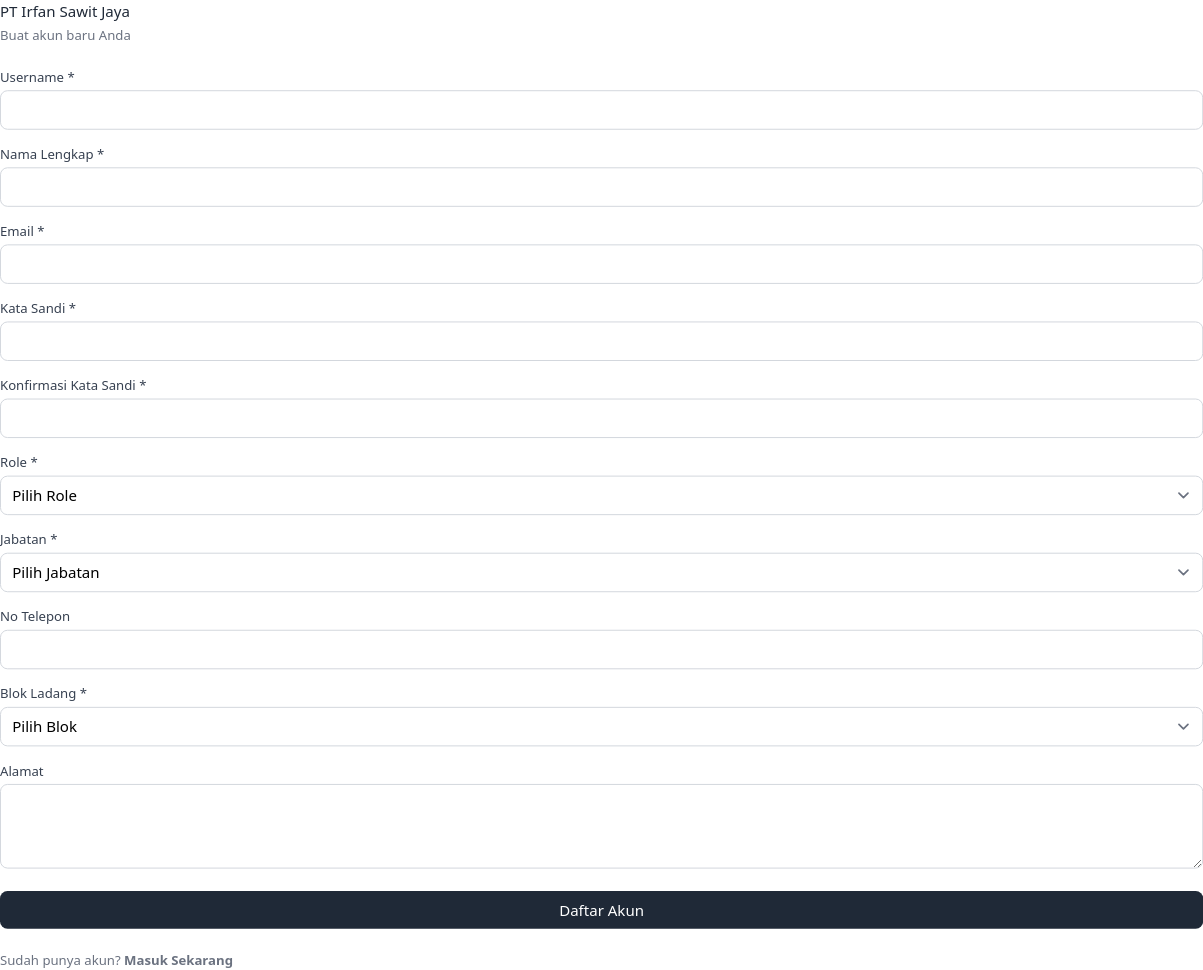
Repository: PalmtrackTeam/palmtrack
Page: http://localhost/register
These files come from the project's save history. The page is drawn as it stood at one moment and after a run of saves; the edit follows.
The browser window is 1280 px wide. The pictures show the whole page, at 94% of full size.
The page is served by the project's Laravel application, run on PHP 8.4 with Laravel 12. Other server files are loaded and not shown. The database holds what the project's SQL file puts in it.

Above is the page before, as saved 2025-11-25 17:12:55.

### routes/web.php
<?php

use App\Http\Controllers\Auth\AuthenticatedSessionController;
use App\Http\Controllers\Auth\RegisterController;
use App\Http\Controllers\DashboardController;
use App\Http\Controllers\Owner\DashboardController as OwnerDashboardController;
use App\Http\Controllers\Admin\DashboardController as AdminDashboardController;
use App\Http\Controllers\Karyawan\DashboardController as KaryawanDashboardController;
use App\Http\Controllers\Karyawan\InputPanenController;
use App\Http\Controllers\Karyawan\AbsensiController;
use Illuminate\Support\Facades\Route;

// ==================== PUBLIC ROUTES ====================
Route::get('/', function () {
    return view('home');
})->name('home');

Route::get('/home', function () {
    return view('home');
})->name('home.page');

// ==================== AUTH ROUTES ====================
Route::get('/register', [RegisterController::class, 'showRegistrationForm'])->name('register');
Route::post('/register', [RegisterController::class, 'register']);

Route::get('login', [AuthenticatedSessionController::class, 'create'])->name('login');
Route::post('login', [AuthenticatedSessionController::class, 'store']);
Route::post('logout', [AuthenticatedSessionController::class, 'destroy'])->name('logout');

// ==================== PROTECTED ROUTES ====================
Route::middleware(['auth'])->group(function () {

    // Main Dashboard (redirect berdasarkan role)
    Route::get('/dashboard', [DashboardController::class, 'index'])->name('dashboard');

    // ===== OWNER ROUTES =====
    Route::middleware(['owner'])->prefix('owner')->name('owner.')->group(function () {
        // Dashboard
        Route::get('/dashboard', [OwnerDashboardController::class, 'index'])->name('dashboard');
        Route::get('/dashboard/stats', [OwnerDashboardController::class, 'getDashboardStats'])->name('dashboard.stats');

        // Laporan Keuangan
        Route::get('/laporan-keuangan', [OwnerDashboardController::class, 'laporanKeuangan'])->name('laporan-keuangan');

        // Manajemen User
        Route::get('/manajemen-user', [OwnerDashboardController::class, 'manajemenUser'])->name('manajemen-user');
        Route::post('/users', [OwnerDashboardController::class, 'storeUser'])->name('users.store');
        Route::get('/users/{id}', [OwnerDashboardController::class, 'getUser'])->name('users.show');
        Route::put('/users/{id}', [OwnerDashboardController::class, 'updateUser'])->name('users.update');
        Route::post('/users/{id}/status', [OwnerDashboardController::class, 'updateUserStatus'])->name('users.update-status');
        Route::post('/users/{id}/reset-password', [OwnerDashboardController::class, 'resetPassword'])->name('users.reset-password');
        Route::get('/users/export', [OwnerDashboardController::class, 'exportUsers'])->name('users.export');

        // Rekap Produktivitas
        Route::get('/rekap-produktivitas', [OwnerDashboardController::class, 'rekapProduktivitas'])->name('rekap-produktivitas');

        // Laporan Masalah
        Route::get('/laporan-masalah', [OwnerDashboardController::class, 'laporanMasalah'])->name('laporan-masalah');
        Route::post('/laporan-masalah/{id}/solve', [OwnerDashboardController::class, 'markProblemAsSolved'])->name('laporan-masalah.solve');
    });

     Route::get('/verifikasi-pemasukan', [OwnerDashboardController::class, 'verifikasiPemasukan'])->name('verifikasi-pemasukan');
    Route::post('/pemasukan/{id}/verify', [OwnerDashboardController::class, 'verifyPemasukan'])->name('pemasukan.verify');
    Route::get('/laporan-pemasukan', [OwnerDashboardController::class, 'laporanPemasukan'])->name('laporan-pemasukan');

    // Verifikasi Pengeluaran (existing)
    Route::get('/verifikasi-pengeluaran', [OwnerDashboardController::class, 'verifikasiPengeluaran'])->name('verifikasi-pengeluaran');
    Route::post('/pengeluaran/{id}/verify', [OwnerDashboardController::class, 'verifyPengeluaran'])->name('pengeluaran.verify');
    Route::get('/laporan-pengeluaran', [OwnerDashboardController::class, 'laporanPengeluaran'])->name('laporan-pengeluaran');

    // Verifikasi Laporan Masalah
    Route::get('/verifikasi-laporan-masalah', [OwnerDashboardController::class, 'verifikasiLaporanMasalah'])->name('verifikasi-laporan-masalah');
    Route::post('/laporan-masalah/{id}/verify', [OwnerDashboardController::class, 'verifyLaporanMasalah'])->name('laporan-masalah.verify');



    // ===== ADMIN ROUTES =====
    Route::middleware(['admin'])->prefix('admin')->name('admin.')->group(function () {
        // Dashboard
        Route::get('/dashboard', [AdminDashboardController::class, 'index'])->name('dashboard');
        Route::get('/dashboard-stats', [AdminDashboardController::class, 'getDashboardStats'])->name('dashboard-stats');

        // Verifikasi Panen
        Route::get('/verifikasi-panen', [AdminDashboardController::class, 'verifikasiPanen'])->name('verifikasi-panen');
        Route::post('/verifikasi-panen/{id}', [AdminDashboardController::class, 'prosesVerifikasiPanen'])->name('proses-verifikasi-panen');

        // Kelola Absensi
        Route::get('/kelola-absensi', [AdminDashboardController::class, 'kelolaAbsensi'])->name('kelola-absensi');
        Route::post('/input-absensi', [AdminDashboardController::class, 'inputAbsensi'])->name('input-absensi');

        // Laporan Masalah
        Route::get('/laporan-masalah', [AdminDashboardController::class, 'laporanMasalah'])->name('laporan-masalah');
        Route::post('/laporan-masalah/{id}/teruskan-owner', [AdminDashboardController::class, 'teruskanKeOwner'])->name('teruskan-owner');
        Route::post('/laporan-masalah/{id}/tangani', [AdminDashboardController::class, 'tanganiMasalah'])->name('tangani-masalah');

        // Rekap Produktivitas
        Route::get('/rekap-produktivitas', [AdminDashboardController::class, 'rekapProduktivitas'])->name('rekap-produktivitas');

          // Input Pemasukan
    Route::get('/input-pemasukan', [AdminDashboardController::class, 'inputPemasukan'])->name('input-pemasukan');
    Route::post('/pemasukan', [AdminDashboardController::class, 'storePemasukan'])->name('pemasukan.store');
    Route::get('/riwayat-pemasukan', [AdminDashboardController::class, 'riwayatPemasukan'])->name('riwayat-pemasukan');

    // Input Pengeluaran (existing)
    Route::get('/input-pengeluaran', [AdminDashboardController::class, 'inputPengeluaran'])->name('input-pengeluaran');
    Route::post('/pengeluaran/pupuk', [AdminDashboardController::class, 'storePupuk'])->name('pengeluaran.pupuk');
    Route::post('/pengeluaran/transportasi', [AdminDashboardController::class, 'storeTransportasi'])->name('pengeluaran.transportasi');
    Route::post('/pengeluaran/perawatan', [AdminDashboardController::class, 'storePerawatan'])->name('pengeluaran.perawatan');
    Route::post('/pengeluaran/lainnya', [AdminDashboardController::class, 'storeLainnya'])->name('pengeluaran.lainnya');
    Route::get('/riwayat-pengeluaran', [AdminDashboardController::class, 'riwayatPengeluaran'])->name('riwayat-pengeluaran');

    // Laporan Masalah
    Route::get('/input-laporan-masalah', [AdminDashboardController::class, 'inputLaporanMasalah'])->name('input-laporan-masalah');
    Route::post('/laporan-masalah', [AdminDashboardController::class, 'storeLaporanMasalah'])->name('laporan-masalah.store');
    Route::get('/riwayat-laporan-masalah', [AdminDashboardController::class, 'riwayatLaporanMasalah'])->name('riwayat-laporan-masalah');

    // Input Pengeluaran
    Route::get('/input-pengeluaran', [AdminDashboardController::class, 'inputPengeluaran'])->name('input-pengeluaran');
    Route::post('/pengeluaran/pupuk', [AdminDashboardController::class, 'storePupuk'])->name('pengeluaran.pupuk');
    Route::post('/pengeluaran/transportasi', [AdminDashboardController::class, 'storeTransportasi'])->name('pengeluaran.transportasi');
    Route::post('/pengeluaran/perawatan', [AdminDashboardController::class, 'storePerawatan'])->name('pengeluaran.perawatan');
    Route::post('/pengeluaran/lainnya', [AdminDashboardController::class, 'storeLainnya'])->name('pengeluaran.lainnya');
    Route::get('/riwayat-pengeluaran', [AdminDashboardController::class, 'riwayatPengeluaran'])->name('riwayat-pengeluaran');

    // Input Pemasukan
    Route::get('/input-pemasukan', [AdminDashboardController::class, 'inputPemasukan'])->name('input-pemasukan');
    Route::post('/pemasukan', [AdminDashboardController::class, 'storePemasukan'])->name('pemasukan.store');
    Route::get('/riwayat-pemasukan', [AdminDashboardController::class, 'riwayatPemasukan'])->name('riwayat-pemasukan');

    // Laporan Masalah
    Route::get('/input-laporan-masalah', [AdminDashboardController::class, 'inputLaporanMasalah'])->name('input-laporan-masalah');
    Route::post('/laporan-masalah', [AdminDashboardController::class, 'storeLaporanMasalah'])->name('laporan-masalah.store');
    Route::get('/riwayat-laporan-masalah', [AdminDashboardController::class, 'riwayatLaporanMasalah'])->name('riwayat-laporan-masalah');
});


    });

    // ===== KARYAWAN ROUTES =====
    Route::middleware(['karyawan'])->prefix('karyawan')->name('karyawan.')->group(function () {
        // Dashboard Karyawan
        Route::get('/dashboard', [KaryawanDashboardController::class, 'index'])->name('dashboard');

        // ========== INPUT PANEN ==========
        Route::get('/input-panen', [InputPanenController::class, 'create'])->name('input-panen');
        Route::post('/input-panen', [InputPanenController::class, 'store'])->name('store-panen');
        Route::get('/riwayat-panen', [InputPanenController::class, 'riwayat'])->name('riwayat-panen');

        // ========== ABSENSI ==========
        Route::get('/absensi', [KaryawanDashboardController::class, 'absensi'])->name('absensi');
        Route::post('/absensi', [AbsensiController::class, 'store'])->name('store-absensi');
        Route::get('/riwayat-absensi', [AbsensiController::class, 'riwayat'])->name('riwayat-absensi');

        // Profil Karyawan
        Route::get('/profile', function () {
            return view('karyawan.profile');
        })->name('profile');

         // Input Pemasukan
    Route::get('/input-pemasukan', [KaryawanDashboardController::class, 'inputPemasukan'])->name('input-pemasukan');
    Route::post('/pemasukan', [KaryawanDashboardController::class, 'storePemasukan'])->name('pemasukan.store');
    Route::get('/riwayat-pemasukan', [KaryawanDashboardController::class, 'riwayatPemasukan'])->name('riwayat-pemasukan');

    // Laporan Masalah
    Route::get('/input-laporan-masalah', [KaryawanDashboardController::class, 'inputLaporanMasalah'])->name('input-laporan-masalah');
    Route::post('/laporan-masalah', [KaryawanDashboardController::class, 'storeLaporanMasalah'])->name('laporan-masalah.store');
    Route::get('/riwayat-laporan-masalah', [KaryawanDashboardController::class, 'riwayatLaporanMasalah'])->name('riwayat-laporan-masalah');

    });


require __DIR__.'/auth.php';

### resources/views/auth/register.blade.php
<!DOCTYPE html>
<html lang="id">
<head>
    <meta charset="UTF-8">
    <meta name="viewport" content="width=device-width, initial-scale=1.0">
    <title>Daftar Akun | PT Irfan Sawit Jaya</title>
    @vite('resources/css/app.css')
</head>

<body class="min-h-screen flex items-center justify-center bg-gradient-to-b from-gray-100 to-gray-300 dark:from-gray-900 dark:to-gray-800">

<div class="bg-white dark:bg-gray-900 shadow-2xl rounded-2xl px-10 py-8 w-full max-w-2xl">

    <div class="text-center mb-6">
        <h1 class="text-2xl font-bold text-gray-800 dark:text-white tracking-wide">
            PT Irfan Sawit Jaya
        </h1>
        <p class="text-sm text-gray-500 dark:text-gray-400 mt-1">Buat akun baru Anda</p>
    </div>

    <!-- Success Message -->
    @if (session('success'))
        <div class="mb-4 p-3 bg-green-100 border border-green-400 text-green-700 rounded-lg text-sm">
            {{ session('success') }}
        </div>
    @endif

    <!-- Error Messages -->
    @if ($errors->any())
        <div class="mb-4 p-3 bg-red-100 border border-red-400 text-red-700 rounded-lg text-sm">
            <ul class="list-disc list-inside">
                @foreach ($errors->all() as $error)
                    <li>{{ $error }}</li>
                @endforeach
            </ul>
        </div>
    @endif

    <form method="POST" action="{{ route('register') }}">
        @csrf

        <div class="grid grid-cols-1 md:grid-cols-2 gap-4">

            <!-- Username -->
            <div class="mb-4">
                <label class="block text-sm font-medium text-gray-700 dark:text-gray-300">Username *</label>
                <input name="username" type="text" value="{{ old('username') }}" required
                       class="mt-1 block w-full rounded-lg border-gray-300 dark:border-gray-700 dark:bg-gray-800
                       dark:text-white px-3 py-2">
            </div>

            <!-- Nama Lengkap -->
            <div class="mb-4">
                <label class="block text-sm font-medium text-gray-700 dark:text-gray-300">Nama Lengkap *</label>
                <input name="nama_lengkap" type="text" value="{{ old('nama_lengkap') }}" required
                       class="mt-1 block w-full rounded-lg border-gray-300 dark:border-gray-700 dark:bg-gray-800
                       dark:text-white px-3 py-2">
            </div>

            <!-- Email -->
            <div class="mb-4">
                <label class="block text-sm font-medium text-gray-700 dark:text-gray-300">Email *</label>
                <input name="email" type="email" value="{{ old('email') }}" required
                       class="mt-1 block w-full rounded-lg border-gray-300 dark:border-gray-700 dark:bg-gray-800
                       dark:text-white px-3 py-2">
            </div>

            <!-- Password -->
            <div class="mb-4">
                <label class="block text-sm font-medium text-gray-700 dark:text-gray-300">Kata Sandi *</label>
                <input name="password" type="password" required
                       class="mt-1 block w-full rounded-lg border-gray-300 dark:border-gray-700 dark:bg-gray-800
                       dark:text-white px-3 py-2">
            </div>

            <!-- Konfirmasi Password -->
            <div class="mb-4">
                <label class="block text-sm font-medium text-gray-700 dark:text-gray-300">Konfirmasi Kata Sandi *</label>
                <input name="password_confirmation" type="password" required
                       class="mt-1 block w-full rounded-lg border-gray-300 dark:border-gray-700 dark:bg-gray-800
                       dark:text-white px-3 py-2">
            </div>

            <!-- Role (Owner/Admin/Karyawan) -->
            <div class="mb-4">
                <label class="block text-sm font-medium text-gray-700 dark:text-gray-300">Role *</label>
                <select name="role" required
                        class="mt-1 block w-full rounded-lg border-gray-300 dark:border-gray-700 dark:bg-gray-800 dark:text-white px-3 py-2">
                    <option value="">Pilih Role</option>
                    <option value="owner" {{ old('role') == 'owner' ? 'selected' : '' }}>Owner</option>
                    <option value="admin" {{ old('role') == 'admin' ? 'selected' : '' }}>Admin</option>
                    <option value="karyawan" {{ old('role') == 'karyawan' ? 'selected' : '' }}>Karyawan</option>
                </select>
            </div>

            <!-- Jabatan -->
            <div class="mb-4">
                <label class="block text-sm font-medium text-gray-700 dark:text-gray-300">Jabatan *</label>
                <select name="jabatan" required
                        class="mt-1 block w-full rounded-lg border-gray-300 dark:border-gray-700 dark:bg-gray-800 dark:text-white px-3 py-2">
                    <option value="">Pilih Jabatan</option>
                    <option value="mandor" {{ old('jabatan') == 'mandor' ? 'selected' : '' }}>Mandor</option>
                    <option value="asisten_mandor" {{ old('jabatan') == 'asisten_mandor' ? 'selected' : '' }}>Asisten Mandor</option>
                    <option value="anggota" {{ old('jabatan') == 'anggota' ? 'selected' : '' }}>Anggota</option>
                </select>
            </div>

            <!-- No Telepon -->
            <div class="mb-4">
                <label class="block text-sm font-medium text-gray-700 dark:text-gray-300">No Telepon</label>
                <input name="no_telepon" type="text" value="{{ old('no_telepon') }}"
                       class="mt-1 block w-full rounded-lg border-gray-300 dark:border-gray-700 dark:bg-gray-800 dark:text-white px-3 py-2">
            </div>

            <!-- Pilih Blok -->
            <div class="mb-4">
                <label class="block text-sm font-medium text-gray-700 dark:text-gray-300">Blok Ladang *</label>
                <select name="id_blok" required
                        class="mt-1 block w-full rounded-lg border-gray-300 dark:border-gray-700 dark:bg-gray-800 dark:text-white px-3 py-2">
                    <option value="">Pilih Blok</option>
                    @foreach ($blok as $b)
                        <option value="{{ $b->id_blok }}" {{ old('id_blok') == $b->id_blok ? 'selected' : '' }}>
                            Blok {{ $b->kode_blok }}
                        </option>
                    @endforeach
                </select>
            </div>

        </div>

        <!-- Alamat -->
        <div class="mb-6">
            <label class="block text-sm font-medium text-gray-700 dark:text-gray-300">Alamat</label>
            <textarea name="alamat" rows="3"
                      class="mt-1 block w-full rounded-lg border-gray-300 dark:border-gray-700 dark:bg-gray-800 dark:text-white px-3 py-2">{{ old('alamat') }}</textarea>
        </div>

        <button type="submit"
                class="w-full bg-gray-800 hover:bg-black text-white py-2 rounded-lg font-medium">
            Daftar Akun
        </button>

        <p class="text-center text-sm text-gray-500 dark:text-gray-400 mt-6">
            Sudah punya akun?
            <a href="{{ route('login') }}" class="font-semibold hover:underline">Masuk Sekarang</a>
        </p>
    </form>
</div>

</body>
</html>

### tubes.sql (the tables this page reads)
CREATE TABLE `blok_ladang` (
  `id_blok` bigint(20) unsigned NOT NULL AUTO_INCREMENT,
  `nama_blok` varchar(50) NOT NULL,
  `kategori` enum('dekat','jauh') NOT NULL,
  `harga_upah_per_kg` decimal(10,2) NOT NULL,
  `created_at` timestamp NULL DEFAULT NULL,
  `updated_at` timestamp NULL DEFAULT NULL,
  PRIMARY KEY (`id_blok`)
) ENGINE=InnoDB AUTO_INCREMENT=5 DEFAULT CHARSET=utf8mb4 COLLATE=utf8mb4_unicode_ci;

INSERT INTO `blok_ladang` VALUES (1,'A','dekat',200.00,'2025-11-25 10:32:15','2025-11-25 10:32:15'),(2,'B','dekat',200.00,'2025-11-25 10:32:15','2025-11-25 10:32:15'),(3,'C','jauh',220.00,'2025-11-25 10:32:15','2025-11-25 10:32:15'),(4,'D','jauh',220.00,'2025-11-25 10:32:15','2025-11-25 10:32:15');

Loaded but not shown: routes/auth.php (common file); app/Http/Controllers/Auth/EmailVerificationPromptController.php (common file); app/Http/Controllers/Controller.php (common file); app/Http/Controllers/Auth/VerifyEmailController.php (common file); app/Models/BlokLadang.php (83 lines, source omitted); app/Http/Controllers/Auth/RegisterController.php (60 lines, source omitted)

After the next 2 saves:
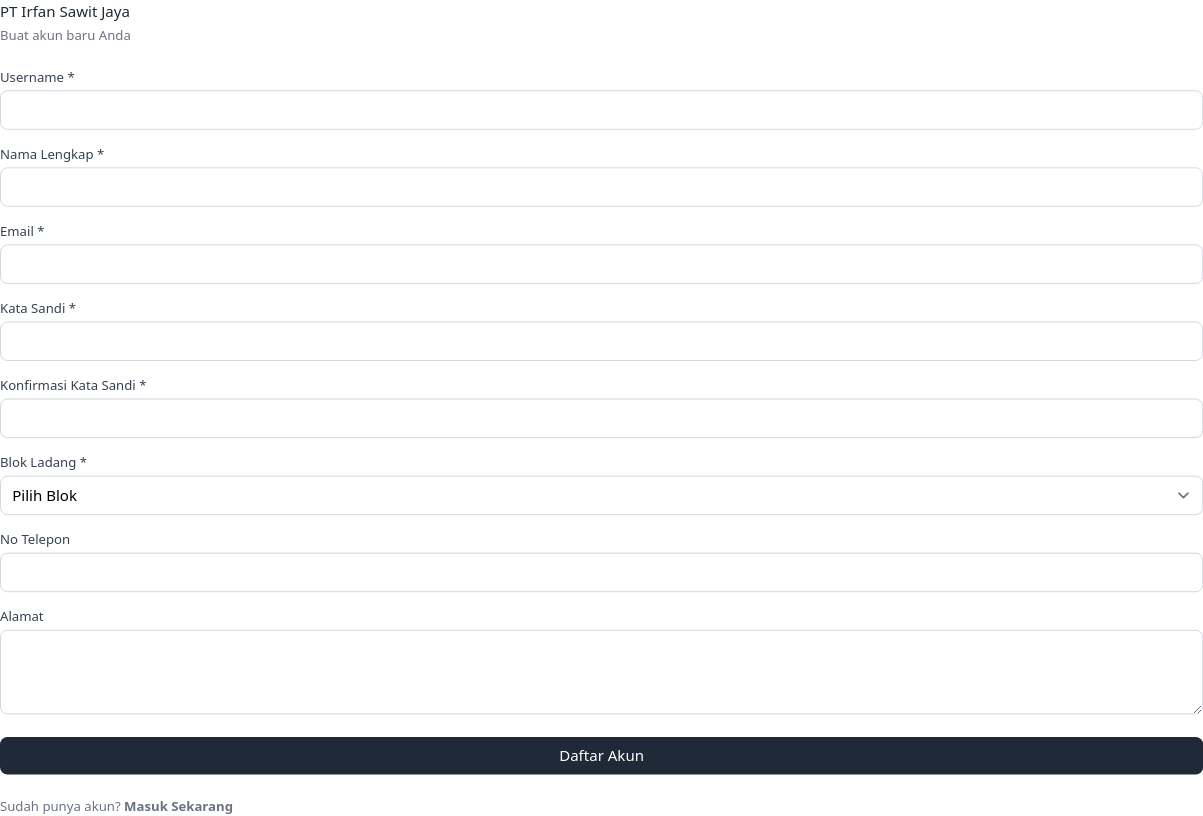
The 2 saves are shown as one change because they came seconds apart.
The last was saved 18 s later.
--- a/resources/views/auth/register.blade.php
+++ b/resources/views/auth/register.blade.php
@@ -18,14 +18,12 @@
         <p class="text-sm text-gray-500 dark:text-gray-400 mt-1">Buat akun baru Anda</p>
     </div>
 
-    <!-- Success Message -->
     @if (session('success'))
         <div class="mb-4 p-3 bg-green-100 border border-green-400 text-green-700 rounded-lg text-sm">
             {{ session('success') }}
         </div>
     @endif
 
-    <!-- Error Messages -->
     @if ($errors->any())
         <div class="mb-4 p-3 bg-red-100 border border-red-400 text-red-700 rounded-lg text-sm">
             <ul class="list-disc list-inside">
@@ -81,27 +79,15 @@
                        dark:text-white px-3 py-2">
             </div>
 
-            <!-- Role (Owner/Admin/Karyawan) -->
+            <!-- PILIH BLOK -->
             <div class="mb-4">
-                <label class="block text-sm font-medium text-gray-700 dark:text-gray-300">Role *</label>
-                <select name="role" required
+                <label class="block text-sm font-medium text-gray-700 dark:text-gray-300">Blok Ladang *</label>
+                <select name="id_blok" required
                         class="mt-1 block w-full rounded-lg border-gray-300 dark:border-gray-700 dark:bg-gray-800 dark:text-white px-3 py-2">
-                    <option value="">Pilih Role</option>
-                    <option value="owner" {{ old('role') == 'owner' ? 'selected' : '' }}>Owner</option>
-                    <option value="admin" {{ old('role') == 'admin' ? 'selected' : '' }}>Admin</option>
-                    <option value="karyawan" {{ old('role') == 'karyawan' ? 'selected' : '' }}>Karyawan</option>
-                </select>
-            </div>
-
-            <!-- Jabatan -->
-            <div class="mb-4">
-                <label class="block text-sm font-medium text-gray-700 dark:text-gray-300">Jabatan *</label>
-                <select name="jabatan" required
-                        class="mt-1 block w-full rounded-lg border-gray-300 dark:border-gray-700 dark:bg-gray-800 dark:text-white px-3 py-2">
-                    <option value="">Pilih Jabatan</option>
-                    <option value="mandor" {{ old('jabatan') == 'mandor' ? 'selected' : '' }}>Mandor</option>
-                    <option value="asisten_mandor" {{ old('jabatan') == 'asisten_mandor' ? 'selected' : '' }}>Asisten Mandor</option>
-                    <option value="anggota" {{ old('jabatan') == 'anggota' ? 'selected' : '' }}>Anggota</option>
+                    <option value="">Pilih Blok</option>
+                    @foreach ($blok as $b)
+                        <option value="{{ $b->id_blok }}">{{ $b->nama_blok }}</option>
+                    @endforeach
                 </select>
             </div>
 
@@ -109,21 +95,8 @@
             <div class="mb-4">
                 <label class="block text-sm font-medium text-gray-700 dark:text-gray-300">No Telepon</label>
                 <input name="no_telepon" type="text" value="{{ old('no_telepon') }}"
-                       class="mt-1 block w-full rounded-lg border-gray-300 dark:border-gray-700 dark:bg-gray-800 dark:text-white px-3 py-2">
-            </div>
-
-            <!-- Pilih Blok -->
-            <div class="mb-4">
-                <label class="block text-sm font-medium text-gray-700 dark:text-gray-300">Blok Ladang *</label>
-                <select name="id_blok" required
-                        class="mt-1 block w-full rounded-lg border-gray-300 dark:border-gray-700 dark:bg-gray-800 dark:text-white px-3 py-2">
-                    <option value="">Pilih Blok</option>
-                    @foreach ($blok as $b)
-                        <option value="{{ $b->id_blok }}" {{ old('id_blok') == $b->id_blok ? 'selected' : '' }}>
-                            Blok {{ $b->kode_blok }}
-                        </option>
-                    @endforeach
-                </select>
+                       class="mt-1 block w-full rounded-lg border-gray-300 dark:border-gray-700 dark:bg-gray-800
+                       dark:text-white px-3 py-2">
             </div>
 
         </div>
@@ -144,6 +117,7 @@
             Sudah punya akun?
             <a href="{{ route('login') }}" class="font-semibold hover:underline">Masuk Sekarang</a>
         </p>
+
     </form>
 </div>
 
